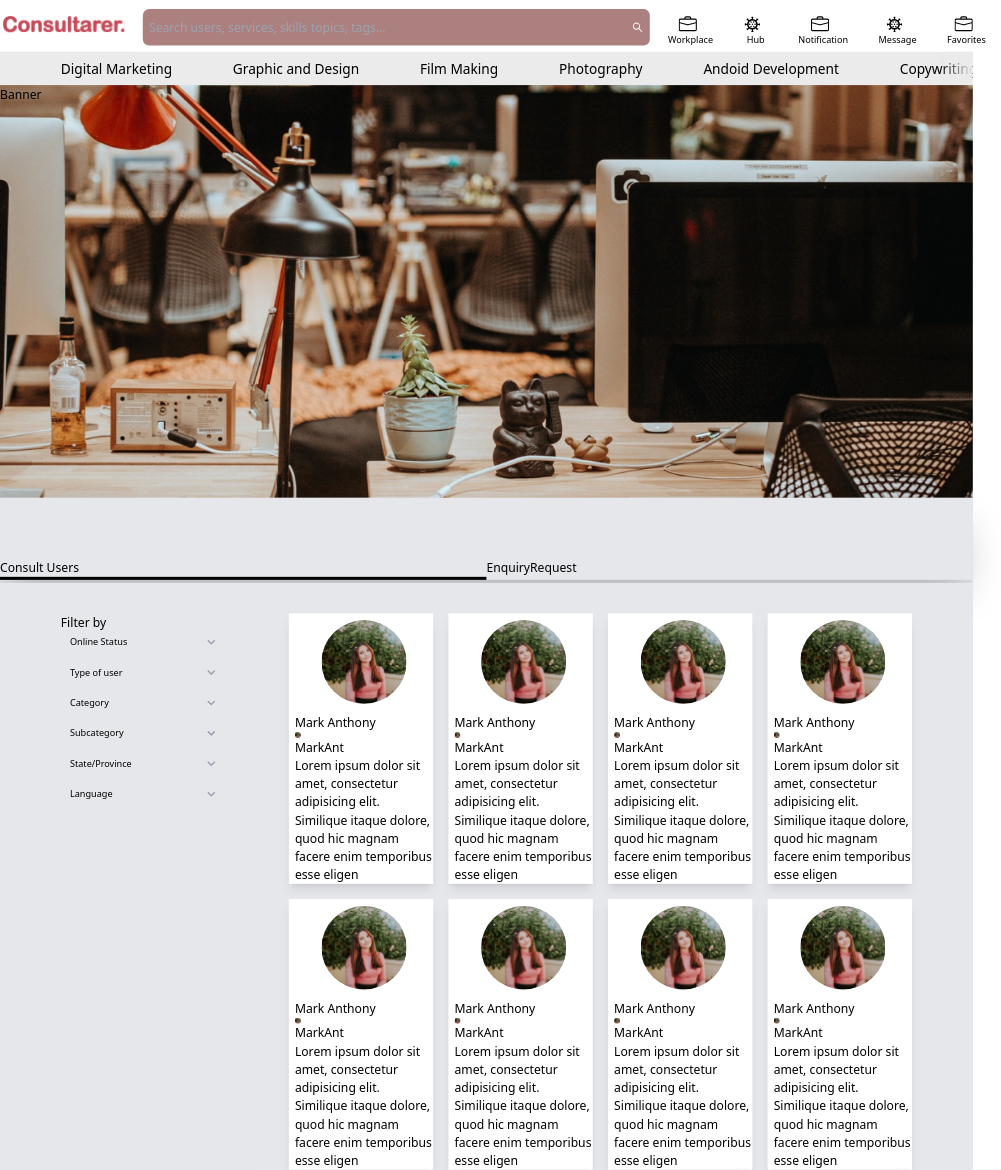
Repository: hisreal123/Consultarer
Page: /
The author's editor kept a copy of each file at every save. The page is drawn from the files as they stood at one save, then again after the next save.
The browser window is 1280 px wide. The page is 1317 px wide, so the pictures cover 1317 px, including what lies to the right of the window. The pictures show the whole page, at 76% of full size.
The project was rebuilt for these pictures with package versions that can differ from the ones it lists, and the page was loaded fresh each time. The framework's server and built-in components were replaced by stand-ins that run in the browser. Also part of the build but not shown: next.config.js, webpack.config.js, components/Filter/Sortby.js.

Above is the page before, as saved 2022-04-26 00:23:21.

After the next save:
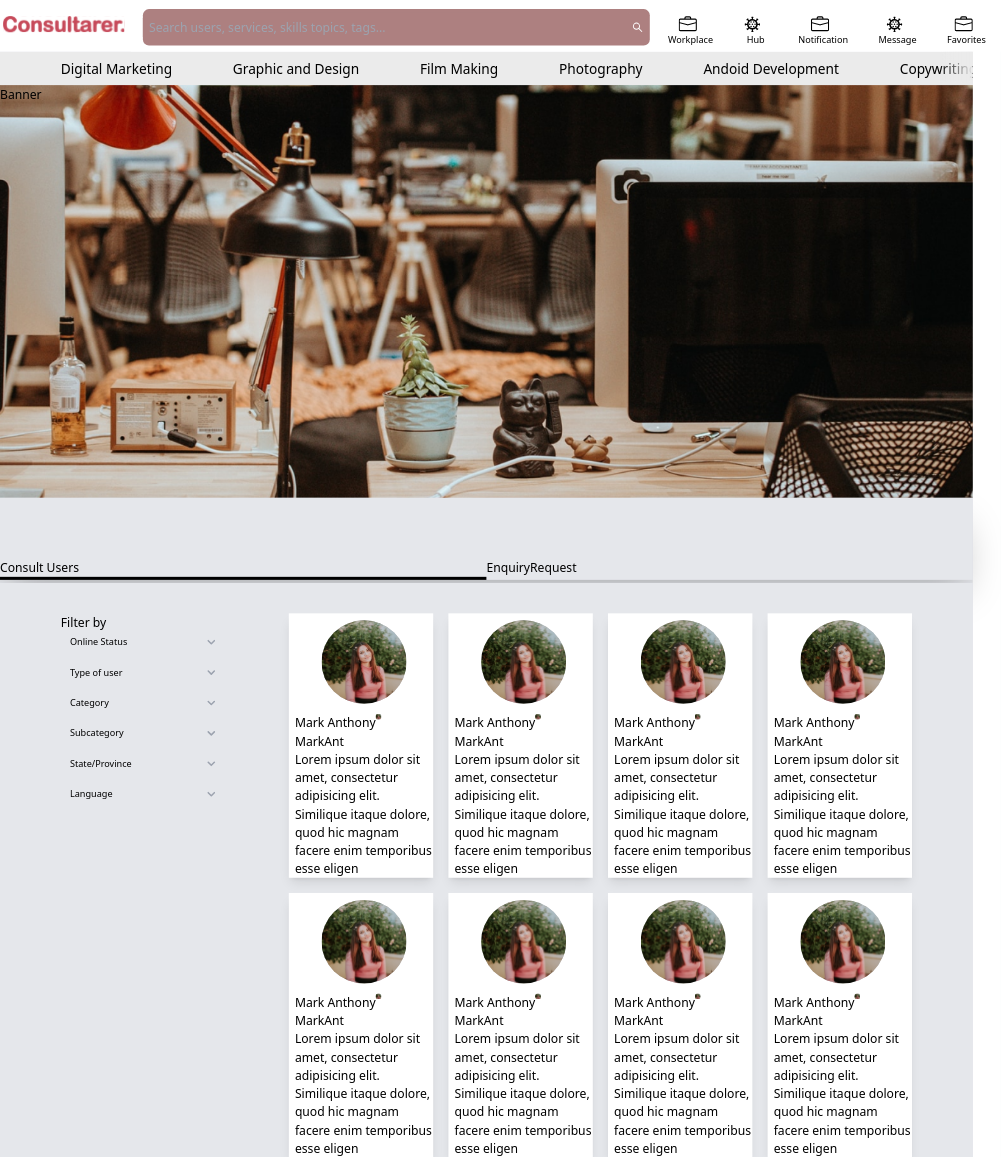
Saved 8 s later.
--- a/components/CardContent/UserCard.js
+++ b/components/CardContent/UserCard.js
@@ -117,7 +117,7 @@ export const UserCard = ({ userStyle }) => {
                 />
               </div>
               <div className="infos relative">
-                <h3 className=" font-medium ">
+                <h3 className=" font-medium flex ">
                   {user.fullname}
                   {user.verified ? (
                     <div className="w-2">
